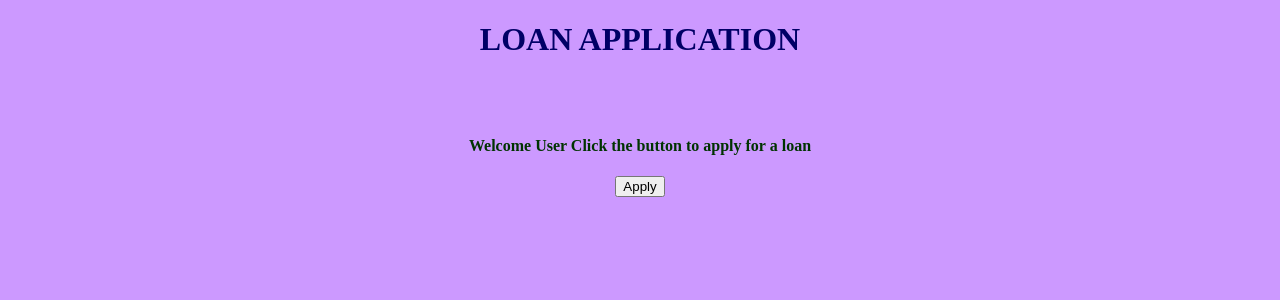
Repository: vinodkumarr269/microservices
Page: http://localhost/MicroServiceProducer/Application.jsp
These files come from the project's save history. The page is drawn as it stood at one moment and after the next save; the edit follows.
The browser window is 1280 px wide. The pictures show the whole page.
The page is served by Tomcat 9. Other server files are loaded and not shown.

Above is the page before, as saved 2019-10-17 15:59:50.

### microservice/MicroServiceProducer/src/main/webapp/Application.jsp
<%@ page language="java" contentType="text/html; charset=ISO-8859-1"
    pageEncoding="ISO-8859-1"%>
<!DOCTYPE html>
<html>
<head>
<meta charset="ISO-8859-1">
<title>Insert title here</title>
</head>
<body bgcolor="#cc99ff">
<form action="select.jsp" method="get"></form>
<center>
<h1 style="color:#000066">LOAN APPLICATION</h1>
<br/><br/>
<h4 style="color:#003300">Welcome User Click the button to apply for a loan</h4>
<input type="submit" value="Apply"/>
</center>
</body>
</html>

After the next save:
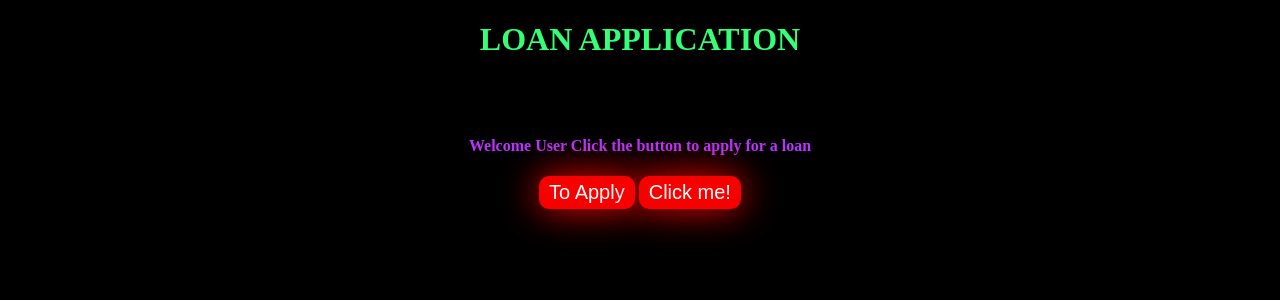
Saved 13 min 40 s later.
--- a/microservice/MicroServiceProducer/src/main/webapp/Application.jsp
+++ b/microservice/MicroServiceProducer/src/main/webapp/Application.jsp
@@ -2,17 +2,62 @@
     pageEncoding="ISO-8859-1"%>
 <!DOCTYPE html>
 <html>
-<head>
-<meta charset="ISO-8859-1">
-<title>Insert title here</title>
+<style>
+body {
+  background: black;
+}
+.button {
+  background-color: #004A7F;
+  -webkit-border-radius: 10px;
+  border-radius: 10px;
+  border: none;
+  color: #FFFFFF;
+  cursor: pointer;
+  display: inline-block;
+  font-family: Arial;
+  font-size: 20px;
+  padding: 5px 10px;
+  text-align: center;
+  text-decoration: none;
+  -webkit-animation: glowing 1500ms infinite;
+  -moz-animation: glowing 1500ms infinite;
+  -o-animation: glowing 1500ms infinite;
+  animation: glowing 1500ms infinite;
+}
+@-webkit-keyframes glowing {
+  0% { background-color: #B20000; -webkit-box-shadow: 0 0 3px #B20000; }
+  50% { background-color: #FF0000; -webkit-box-shadow: 0 0 40px #FF0000; }
+  100% { background-color: #B20000; -webkit-box-shadow: 0 0 3px #B20000; }
+}
+
+@-moz-keyframes glowing {
+  0% { background-color: #B20000; -moz-box-shadow: 0 0 3px #B20000; }
+  50% { background-color: #FF0000; -moz-box-shadow: 0 0 40px #FF0000; }
+  100% { background-color: #B20000; -moz-box-shadow: 0 0 3px #B20000; }
+}
+
+@-o-keyframes glowing {
+  0% { background-color: #B20000; box-shadow: 0 0 3px #B20000; }
+  50% { background-color: #FF0000; box-shadow: 0 0 40px #FF0000; }
+  100% { background-color: #B20000; box-shadow: 0 0 3px #B20000; }
+}
+
+@keyframes glowing {
+  0% { background-color: #B20000; box-shadow: 0 0 3px #B20000; }
+  50% { background-color: #FF0000; box-shadow: 0 0 40px #FF0000; }
+  100% { background-color: #B20000; box-shadow: 0 0 3px #B20000; }
+}
+</style>
 </head>
 <body bgcolor="#cc99ff">
 <form action="select.jsp" method="get"></form>
 <center>
-<h1 style="color:#000066">LOAN APPLICATION</h1>
+<h1 style="color:#33ff77">LOAN APPLICATION</h1>
 <br/><br/>
-<h4 style="color:#003300">Welcome User Click the button to apply for a loan</h4>
-<input type="submit" value="Apply"/>
-</center>
+<h4 style="color:#bb33ff">Welcome User Click the button to apply for a loan</h4>
+<a class="button" href="#">To Apply</a>
+<button type="submit" class="button">Click me!</button>
+</c
+enter>
 </body>
 </html>
